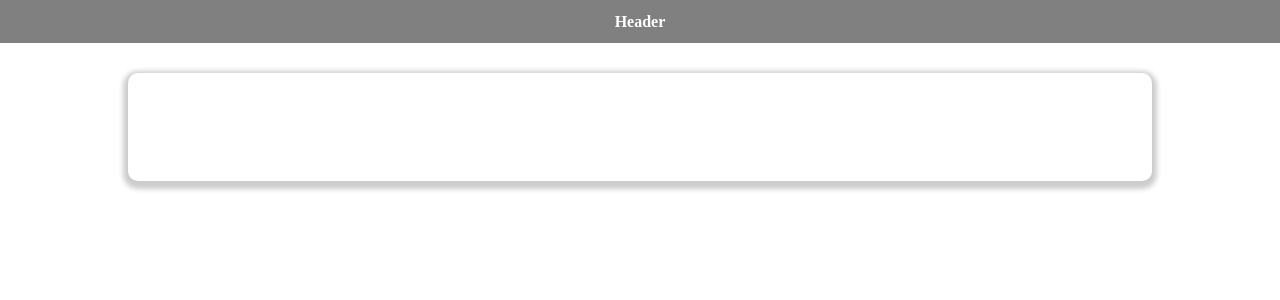
Repository: mateus-henrique-silva/react-system
Page: /
These files come from the project's save history. The page is drawn as it stood at one moment and after a run of saves; the edit follows.
The browser window is 1280 px wide. The pictures show the whole page.
The project was rebuilt for these pictures with package versions that can differ from the ones it lists, and the page was loaded fresh each time. Also part of the build but not shown: src/Components/Text/Text.jsx.

Above is the page before, as saved 2022-09-23 15:47:11.

### src/App.js
import Header from './Components/Header/Header'
import Box from './Components/Box/Box'
import './global.css'

function App() {
  return (
    <div className="App">
      <Header/>
      <Box />
    </div>
  );
}

export default App;

### src/Components/Header/Header.jsx
import React from 'react'
import './Styles.css'

const Header = () => {
  return (
    <div className="header">Header</div>
  )
}

export default Header

### src/Components/Box/Box.jsx
import React from "react";
import Text from "../Text/Text";
import "./Styles.css";
const Box = (props) => {
  return (
    <div className="box-prime">
      <div className="box">
        <h2>{props.name}</h2>
        <div>
          <p>{props.text}</p>

        </div>
      </div>
    </div>
  );
};

export default Box;

### src/global.css
*{
    margin:0;
    border:0;
}

.App{


}

### src/Components/Header/Styles.css
.header{
    justify-content: center;
   display: flex;
   background-color:#808080;
   height:6vh;
   align-items: center;
   color: white;
   font-weight: bold;
}

### src/Components/Box/Styles.css
.box {
  width: 80vw;
  height: 15vh;

  border-radius: 10px;
  -webkit-box-shadow: 0px 1px 5x 5px rgba(0, 0, 0, 0.2);
  box-shadow: 0px 3px 5px 5px rgba(0, 0, 0, 0.2);
}

.box-prime {
  display: flex;
  justify-content: center;
  margin: 30px;
}

Loaded but not shown: public/index.html (common file); src/index.js (common file); src/reportWebVitals.js (common file)

After the next 3 saves:
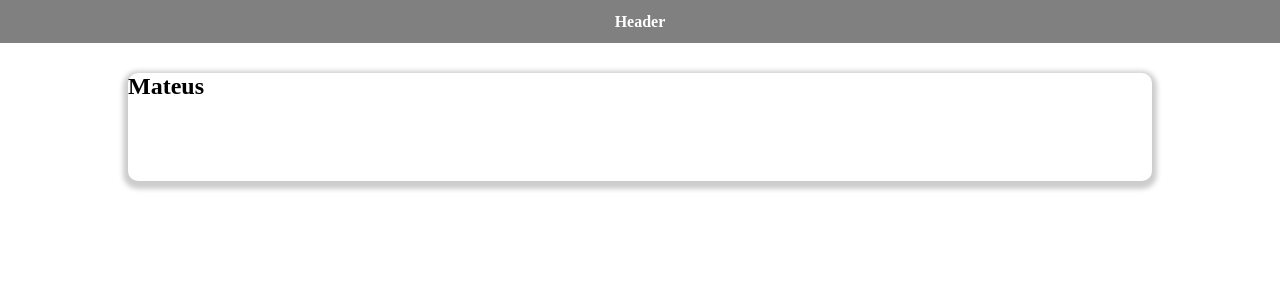
The 3 saves are shown as one change because they came seconds apart.
The last was saved 10 s later.
--- a/src/App.js
+++ b/src/App.js
@@ -6,7 +6,7 @@ function App() {
   return (
     <div className="App">
       <Header/>
-      <Box />
+      <Box name="Mateus"/>
     </div>
   );
 }
